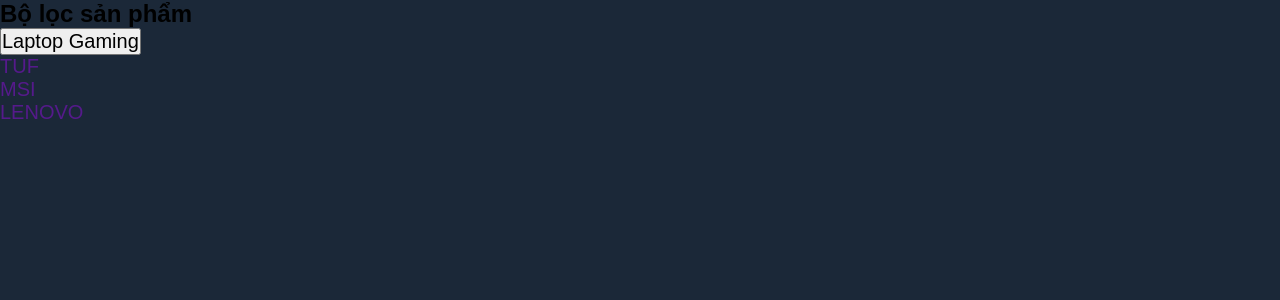
Repository: HPNChanel/DACS
Page: product.html
The author's editor kept a copy of each file at every save. The page is drawn from the files as they stood at one save, then again after the next save.
The browser window is 1280 px wide. The pictures show the whole page.

Above is the page before, as saved 2023-04-11 17:24:01.

### product.html
<!DOCTYPE html>
<html lang="en">
    <head>
        <meta charset="UTF-8" />
        <meta http-equiv="X-UA-Compatible" content="IE=edge" />
        <meta name="viewport" content="width=device-width, initial-scale=1.0" />
        <title>PRODUCT</title>
        <link rel="stylesheet" href="./style/product.css" />
    </head>
    <body>
        <div class="sidebar">
            <h2>Bộ lọc sản phẩm</h2>
            <div class="sidebar-content">
                <button class="dropdown-btn">
                    Laptop Gaming
                    <i class="fa fa-caret-down"></i>
                </button>
                <div class="dropdown-container">
                    <a href="">TUF</a>
                    <a href="">MSI</a>
                    <a href="">LENOVO</a>
                </div>
            </div>
        </div>

        <script src="./product.js"></script>
    </body>
</html>

### style/product.css
* {
    margin: 0;
    padding: 0;
    box-sizing: border-box;
    list-style: none;
    text-decoration: none;
}
html {
    font-size: 62.5%;
}
body {
    font-family: "Poppins", sans-serif;
    font-size: 1.6rem;
    margin: 0 auto;
    width: 1280px;
    margin: 0 atuo;
    background-color: #1b2838;
}
.sidebar a,
.dropdown-btn {
    display: block;
    font-size: 20px;
}

### product.js
/*===== EXPANDER MENU  =====*/
const showMenu = (toggleId, navbarId, bodyId) => {
    const toggle = document.getElementById(toggleId),
        navbar = document.getElementById(navbarId),
        bodypadding = document.getElementById(bodyId);

    if (toggle && navbar) {
        toggle.addEventListener("click", () => {
            navbar.classList.toggle("expander");

            bodypadding.classList.toggle("body-pd");
        });
    }
};
showMenu("nav-toggle", "navbar", "body-pd");

/*===== LINK ACTIVE  =====*/
const linkColor = document.querySelectorAll(".nav__link");
function colorLink() {
    linkColor.forEach((l) => l.classList.remove("active"));
    this.classList.add("active");
}
linkColor.forEach((l) => l.addEventListener("click", colorLink));

/*===== COLLAPSE MENU  =====*/
const linkCollapse = document.getElementsByClassName("collapse__link");
var i;

for (i = 0; i < linkCollapse.length; i++) {
    linkCollapse[i].addEventListener("click", function () {
        const collapseMenu = this.nextElementSibling;
        collapseMenu.classList.toggle("showCollapse");

        const rotate = collapseMenu.previousElementSibling;
        rotate.classList.toggle("rotate");
    });
}

After the next save:
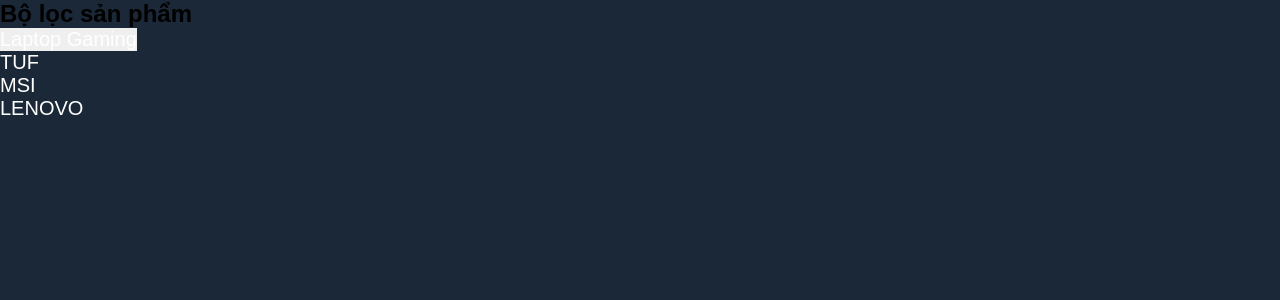
Saved 32 s later.
--- a/style/product.css
+++ b/style/product.css
@@ -20,4 +20,9 @@ body {
 .dropdown-btn {
     display: block;
     font-size: 20px;
+    color: white;
+    background-color: none;
+    border: none;
+    cursor: pointer;
+    outline: none;
 }
